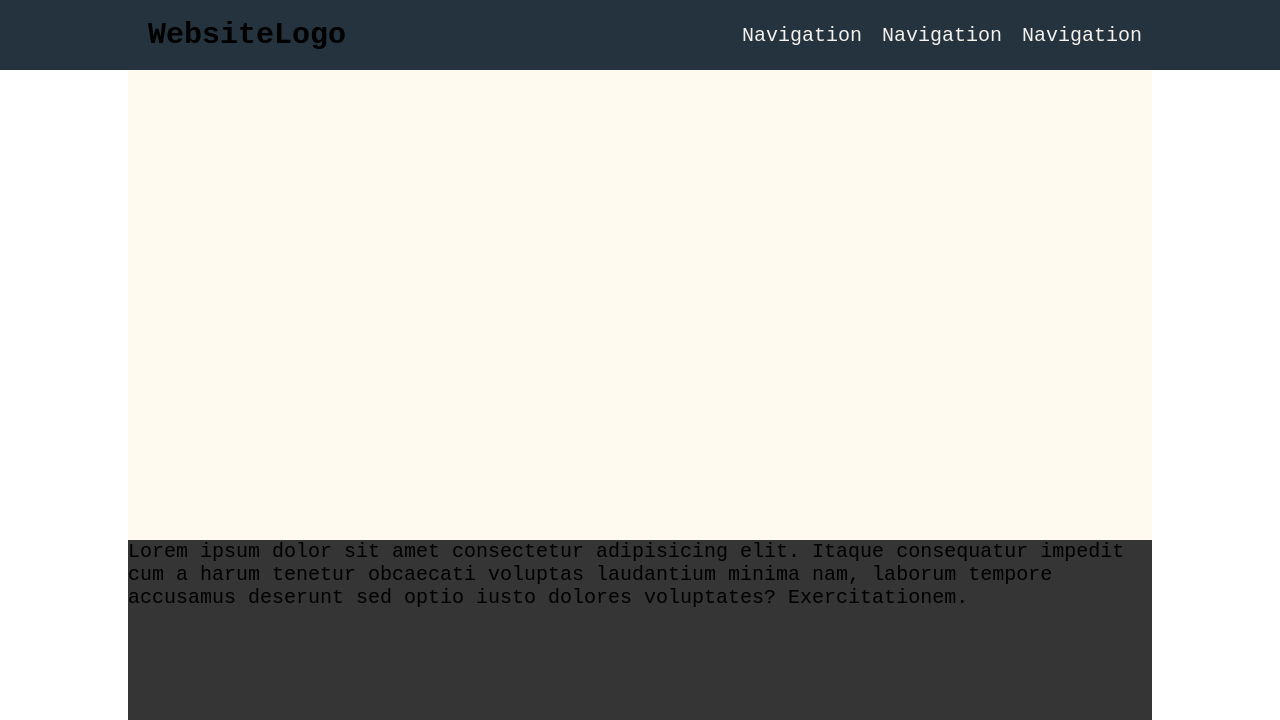
Repository: piotrokrutniak/Projekt-Studia
Page: index.html
An editor plug-in stored every save of this project. The page is shown before and after the next save, followed by the edit.
The browser window is 1280 px wide. The pictures show the whole page.

Above is the page before, as saved 2023-03-04 03:59:25.

After the next save:
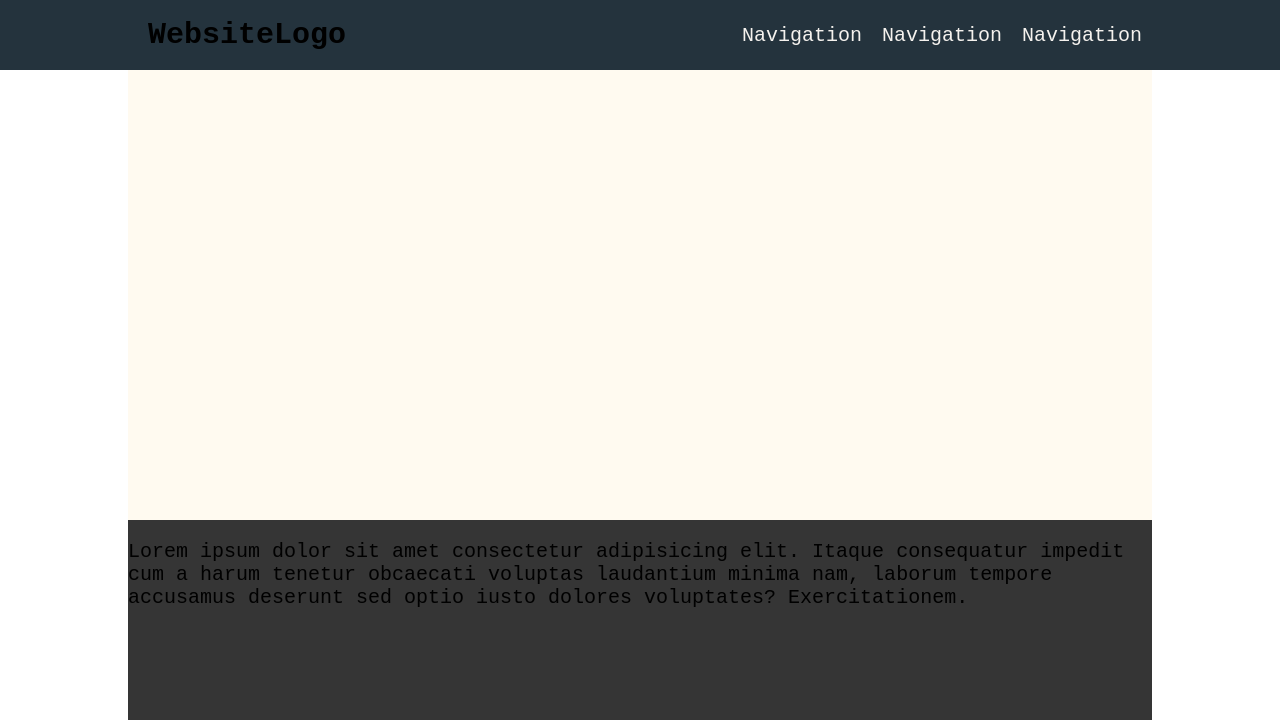
Saved 20 s later.
--- a/styles.css
+++ b/styles.css
@@ -92,6 +92,6 @@ a{
     width: 100%;
     height: 450px;
     background: floralwhite;
-    padding-bottom: 20px;
+    margin-bottom: 20px;
 
 }
